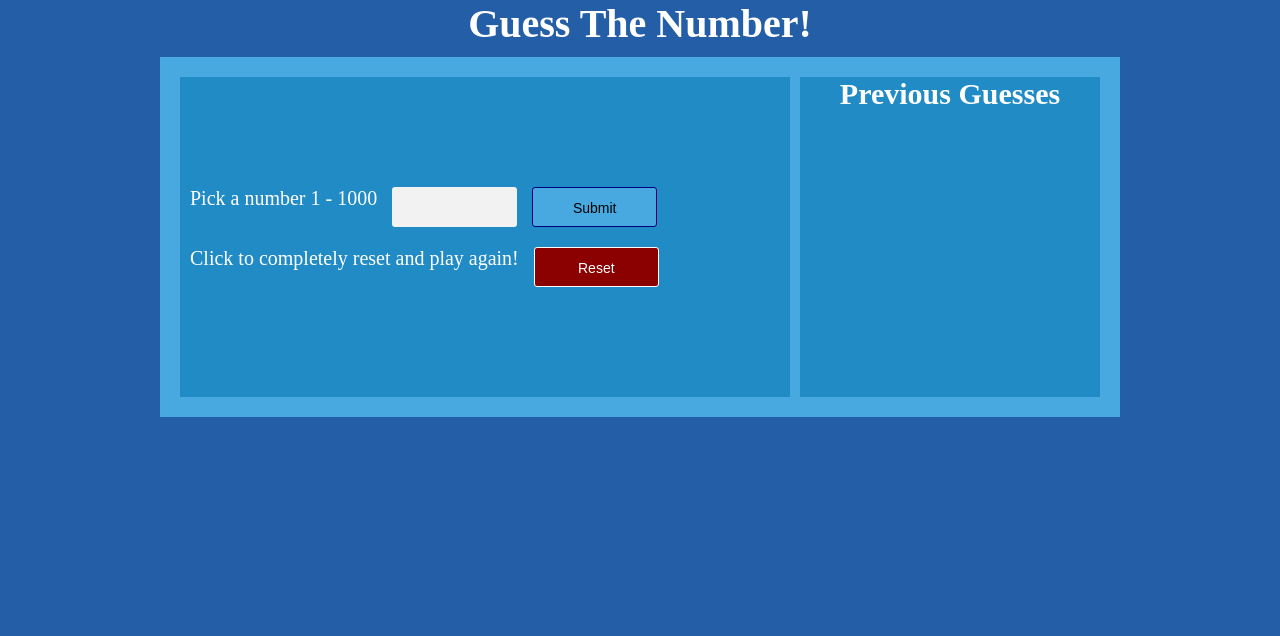
Repository: mlmEFSC21/P15-Modified-Guessing-Game
Page: guess.html
An editor plug-in stored every save of this project. The page is shown before and after the next save, followed by the edit.
The browser window is 1280 px wide. The pictures show the whole page.

Above is the page before, as saved 2022-03-21 20:50:24.

### guess.html
<!DOCTYPE html>
<html lang="en">
    <head>
        <meta charset="UTF-8" />
        <meta http-equiv="X-UA-Compatible" content="IE=edge" />
        <meta name="viewport" content="width=device-width, initial-scale=1.0" />
        <link rel="stylesheet" href="guess.css" />
        <script src="guess.js" defer></script>
        <title>Guessing Game</title>
    </head>
    <body>
        <header>
            <h1 class="pageTitle">Guess The Number!</h1>
        </header>
        <section>
            <div class="gameContainer" id="container">
                <div class="results" id="results">
                    <form action="#" class="inputForm">
                        <label for="guessInput">Pick a number 1 - 1000</label>
                        <input
                            type="text"
                            required
                            name="guessInput"
                            class="guessInput"
                            id="guessInput"
                        />
                        <input type="button" class="submitBtn" id="submitBtn" value="Submit" />
                        <label for="resetBtn">Click to completely reset and play again!</label>
                        <button type="reset" class="resetBtn" id="resetBtn" name="Reset">
                            Reset
                        </button>
                    </form>
                </div>
                <div class="guessesContainer" id="guessesContainer">
                    <h2>Previous Guesses</h2>
                    <ul class="guesses" id="guessList"></ul>
                </div>
            </div>
        </section>
    </body>
</html>

### guess.css
:root {
    --clr-primary: #218bc6;
    --clr-secondary: #48a9e0;
    --clr-tertiary: #235ea6;
}

*,
*::after,
*::before {
    box-sizing: border-box;
    margin: 0;
    padding: 0;
}
body {
    background-color: var(--clr-tertiary);
    color: white;
    font-size: 20px;
}
.pageTitle {
    text-align: center;
}
.gameContainer {
    background-color: var(--clr-secondary);
    display: grid;
    max-width: 960px;
    height: 50vh;
    margin: 10px auto;
    padding: 20px;
    grid-template-columns: repeat(3, 1fr);
    grid-template-rows: repeat(3, 1fr);
    gap: 10px;
    align-items: center;
    justify-content: center;
}
.results {
    background-color: var(--clr-primary);
    display: flex;
    flex-direction: column-reverse;
    margin: 10px auto;
    padding: 10px;
    grid-column: 1 / 3;
    grid-row: 1 / 4;
    height: 100%;
    justify-content: center;
    align-items: center;
    overflow: hidden;
}
input,
button {
    margin-block: 10px;
}
.inputForm {
    display: flex;
    flex-wrap: wrap;
}
label {
    margin-right: 15px;
    margin-block: 10px;
}
input {
    border: none;
    -webkit-appearance: none;
    -ms-appearance: none;
    -moz-appearance: none;
    appearance: none;
    background: #f2f2f2;
    padding: 12px;
    border-radius: 3px;
    width: 125px;
    height: 40px;
    outline: none;
    font-size: 14px;
}
button {
    border: solid 1px white;
    margin-bottom: 10px;
    padding: 12px;
    border-radius: 3px;
    width: 125px;
    height: 40px;
    outline: none;
    font-size: 14px;
}
.submitBtn {
    background: var(--clr-secondary);
    border: solid 0.5px navy;
    margin-left: 15px;
}
.submitBtn:hover {
    background: #44b3db;
}
.resetBtn {
    background: darkred;
    color: white;
}
.resetBtn:hover {
    background: red;
}
.guessesContainer {
    background-color: var(--clr-primary);
    display: flex;
    flex-direction: column;
    flex-grow: 2;
    height: 100%;
    grid-row: 1 / 4;
    align-items: center;
    overflow: hidden;
}
/* the h3 that is appended by the js. It was hugging the container too much. */
h3 {
    margin: 10px;
    text-align: center;
}

### guess.js
let randomNumber = Math.floor(Math.random() * 1000 + 1);
let guesses = [];

const guessInput = document.getElementById("guessInput");
const resultsDiv = document.getElementById("results");
const submitButton = document.getElementById("submitBtn");
const resetButton = document.getElementById("resetBtn");
const p = document.createElement("p");
const ul = document.getElementById("guessList");
const li = document.createElement("li");
const guessesContainer = document.getElementById("guessesContainer");
const h3 = document.createElement("h3");

//checks to see if the guess is higher, lower, or equal to
function checkGuess() {
    const currentGuess = Number(guessInput.value);
    if (currentGuess == randomNumber) {
        guesses.push(currentGuess);
        p.innerText = "Congratulations! You guessed the number!";
        resultsDiv.append(p);
        countGuesses();
    }
    if (currentGuess < randomNumber) {
        guesses.push(currentGuess);
        p.innerText = "Too low. Try again!";
        resultsDiv.append(p);
        trackGuesses();
    }
    if (currentGuess > randomNumber) {
        guesses.push(currentGuess);
        p.innerText = "Too high. Try again!";
        resultsDiv.append(p);
        trackGuesses();
    }
}
//tracks previous guess in a <ul>. Removes <li> and populates from guesses[] each time.
function trackGuesses() {
    while (ul.hasChildNodes()) {
        ul.removeChild(ul.firstChild);
    }
    for (i = 0; i <= guesses.length - 1; i++) {
        let li = document.createElement("li");
        li.innerText = guesses[i];
        ul.appendChild(li);
    }
}

//counts how many guesses. Uses array length.
function countGuesses() {
    let numOfGuesses = guesses.length;
    if (numOfGuesses < 10) {
        h3.innerText = `${numOfGuesses} guesses?! Either you know the secret or you got lucky!`;
    } else if (numOfGuesses == 10) {
        h3.innerText = `${numOfGuesses} guesses. Ahah! You know the secret!`;
    } else if (numOfGuesses > 10) {
        h3.innerText = `Yikes! ${numOfGuesses} guesses... You should be able to do better! *Hint* Knowing the trick is half the battle.`;
    }
    guessesContainer.append(h3);
}
// creates a new random number for replay
function newRNG() {
    randomNumber = Math.floor(Math.random() * 10 + 1);
}
//resets the game completely.
function resetGame() {
    p.innerText = "";
    resultsDiv.append(p);
    while (ul.hasChildNodes()) {
        ul.removeChild(ul.firstChild);
    }
    h3.remove();
    guesses = [];
    newRNG();
    //logging random number for debugging.
    console.log(randomNumber);
}

submitButton.addEventListener("click", checkGuess);
resetButton.addEventListener("click", resetGame);
//logging random number for debugging.
console.log(randomNumber);

After the next save:
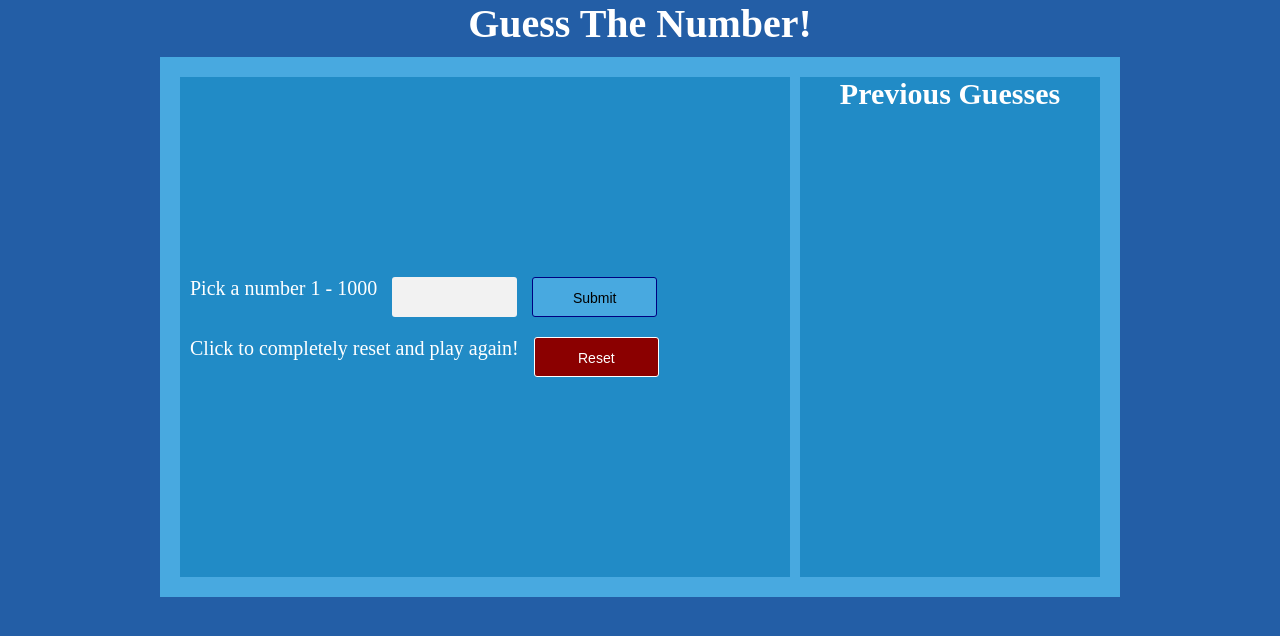
Saved 40 s later.
--- a/guess.css
+++ b/guess.css
@@ -23,7 +23,7 @@ body {
     background-color: var(--clr-secondary);
     display: grid;
     max-width: 960px;
-    height: 50vh;
+    height: 75vh;
     margin: 10px auto;
     padding: 20px;
     grid-template-columns: repeat(3, 1fr);
